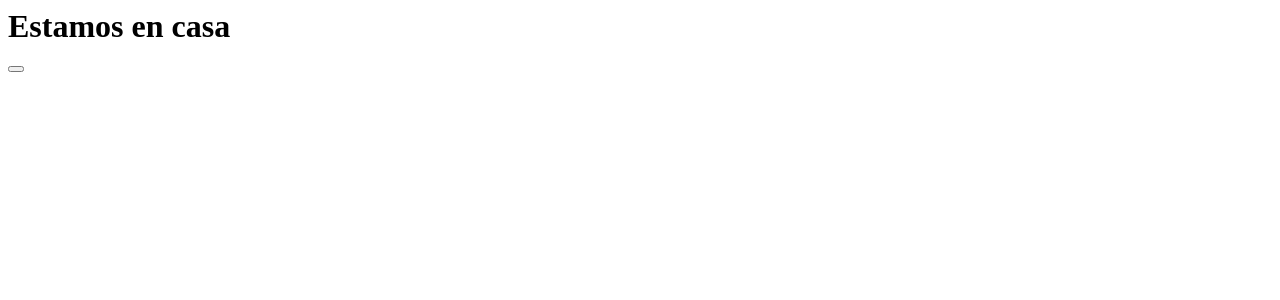
Repository: batmikun/Courses
Page: Front-End/SPA NATIVE JS/src/views/home.html
An editor plug-in stored every save of this project. The page is shown before and after the next save, followed by the edit.
The browser window is 1280 px wide. The pictures show the whole page.

Above is the page before, as saved 2021-11-14 00:47:53.

### Front-End/SPA NATIVE JS/src/views/home.html
<h1>Estamos en casa</h1>

<button>

</button>

After the next save:
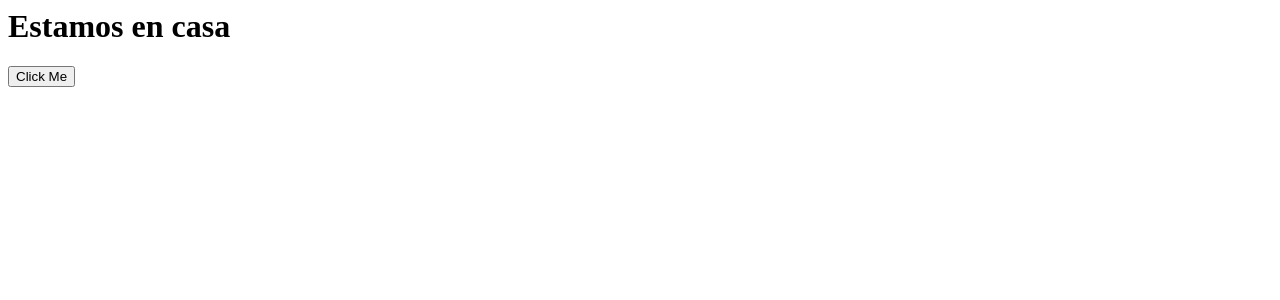
Saved 16 s later.
--- a/Front-End/SPA NATIVE JS/src/views/home.html
+++ b/Front-End/SPA NATIVE JS/src/views/home.html
@@ -1,5 +1,5 @@
 <h1>Estamos en casa</h1>
 
-<button>
-
+<button class="btn" id="btnClick">
+    Click Me
 </button>
